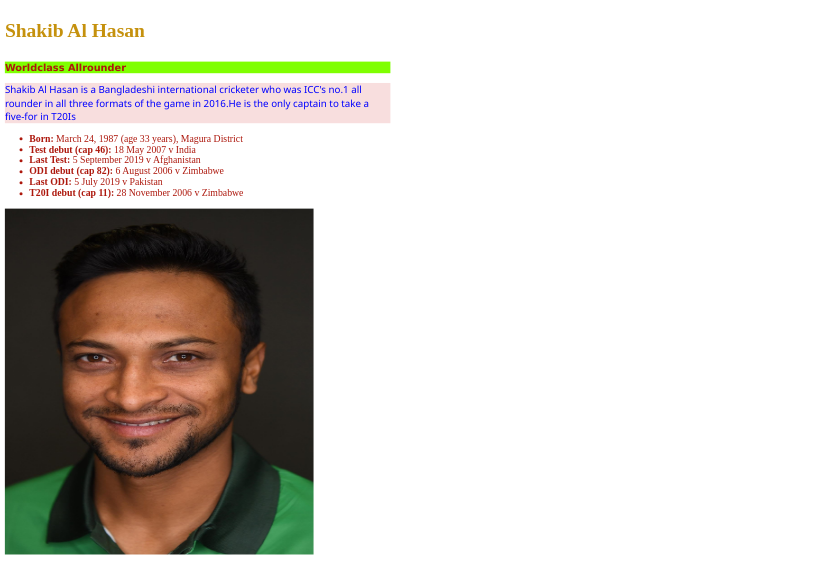
Repository: omarhasnain/Shakib
Page: index.html
An editor plug-in stored every save of this project. The page is shown before and after the next save, followed by the edit.
The browser window is 1280 px wide. The page is 1280 px wide, then 1373 px, then 1280 px, so the pictures cover 1373 px, including what lies to the right of the window. The pictures show the whole page, at 61% of full size.

Above is the page before, as saved 2021-01-04 21:30:22.

### index.html
<!DOCTYPE html>
<html lang="en">

<head>
    <title>Shakib Al Hasan</title>
    <style>
        h3 {
            color: #c5910d;
            font-size: xx-large;
        }

        p {
            color: #ad180d;
            background-color: chartreuse;
            width: 50%;
            font-weight: 900;
            font-size: medium;
            font-family: 'Lucida Sans Unicode';

        }

        img {
            width: 40%;
            height: 15cm;
        }
        #cricketer{
            color:blue;
            background-color: #f8dede;
            font-family: 'Segoe UI';
            font-weight:500;
        }
        .details{
            color:#ad180d;

        }
    </style>
</head>

<body>
    <h3> Shakib Al Hasan </h3>
<div>
    <p> Worldclass Allrounder</p>
    <p id="cricketer">Shakib Al Hasan is a Bangladeshi international cricketer who was ICC's no.1 all rounder in all three formats of
the game in 2016.He is the only captain to take a five-for in T20Is</p>
</div>

<div>
<p>
<ul class="details">
<li><strong>Born:</strong> March 24, 1987 (age 33 years), Magura District</li>
<li><strong>Test debut (cap 46):</strong> 18 May 2007 v India</li>
<li><strong>Last Test:</strong> 5 September 2019 v Afghanistan</li>
<li><strong>ODI debut (cap 82):</strong> 6 August 2006 v Zimbabwe</li>
<li><strong>Last ODI:</strong> 5 July 2019 v Pakistan</li>
<li><strong>T20I debut (cap 11):</strong> 28 November 2006 v Zimbabwe</li>
</ul>
</p>
</div>
    <img src="shakib.jpg" alt="">
</body>

</html>

### stylish.css
h3 {
    color: #c5910d;
    font-size: xx-large;
}

p {
    color: #ad180d;
    background-color: chartreuse;
    width: 50%;
    font-weight: 900;
    font-size: medium;
    font-family: 'Lucida Sans Unicode';

}

img {
    width: 40%;
    height: 15cm;
}
#cricketer{
    color:blue;
    background-color: #f8dede;
    font-family: 'Segoe UI';
    font-weight:500;
}
.details{
    color:#ad180d;

}

After the next save:
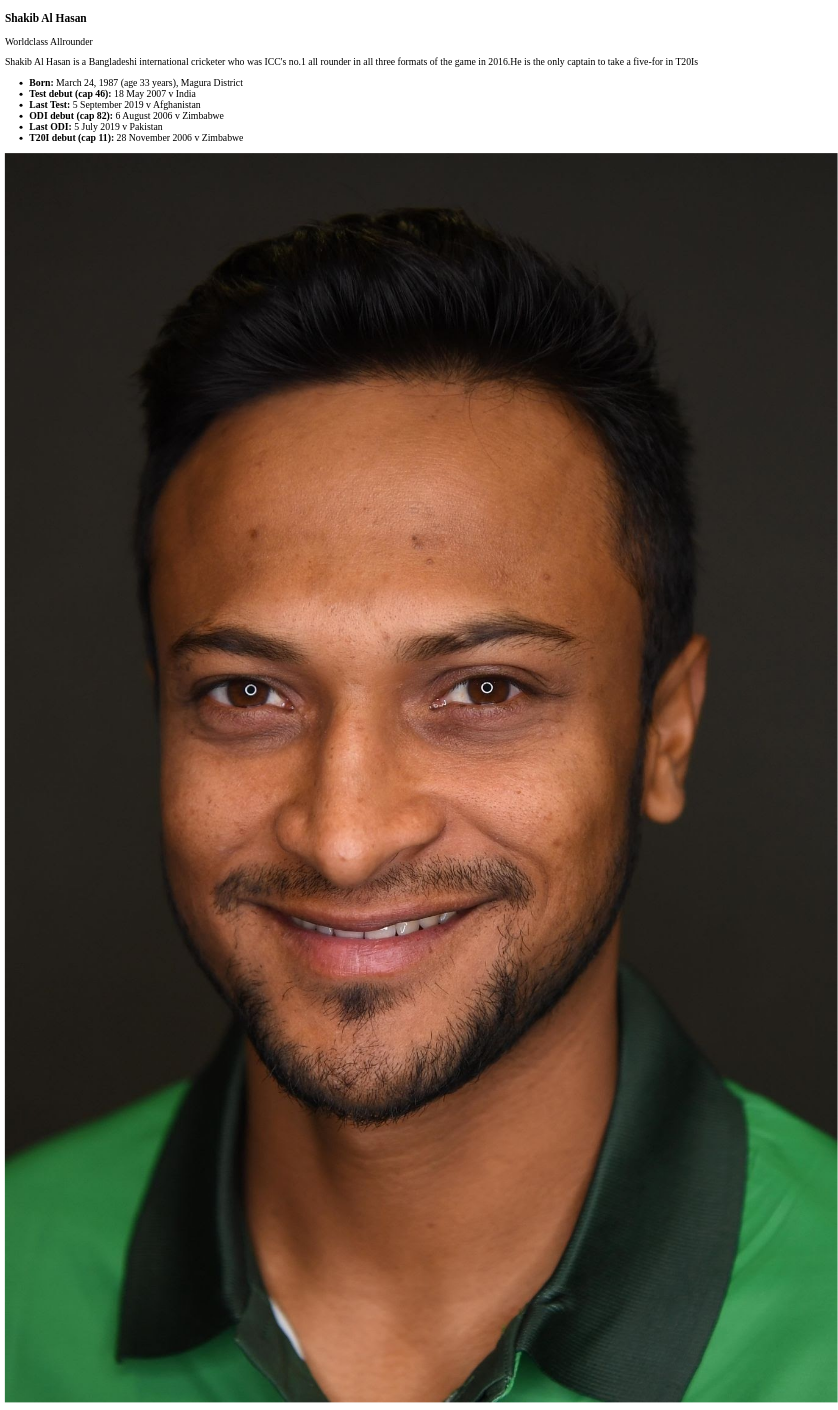
Saved 22 s later.
--- a/index.html
+++ b/index.html
@@ -3,37 +3,7 @@
 
 <head>
     <title>Shakib Al Hasan</title>
-    <style>
-        h3 {
-            color: #c5910d;
-            font-size: xx-large;
-        }
 
-        p {
-            color: #ad180d;
-            background-color: chartreuse;
-            width: 50%;
-            font-weight: 900;
-            font-size: medium;
-            font-family: 'Lucida Sans Unicode';
-
-        }
-
-        img {
-            width: 40%;
-            height: 15cm;
-        }
-        #cricketer{
-            color:blue;
-            background-color: #f8dede;
-            font-family: 'Segoe UI';
-            font-weight:500;
-        }
-        .details{
-            color:#ad180d;
-
-        }
-    </style>
 </head>
 
 <body>

After the save that followed:
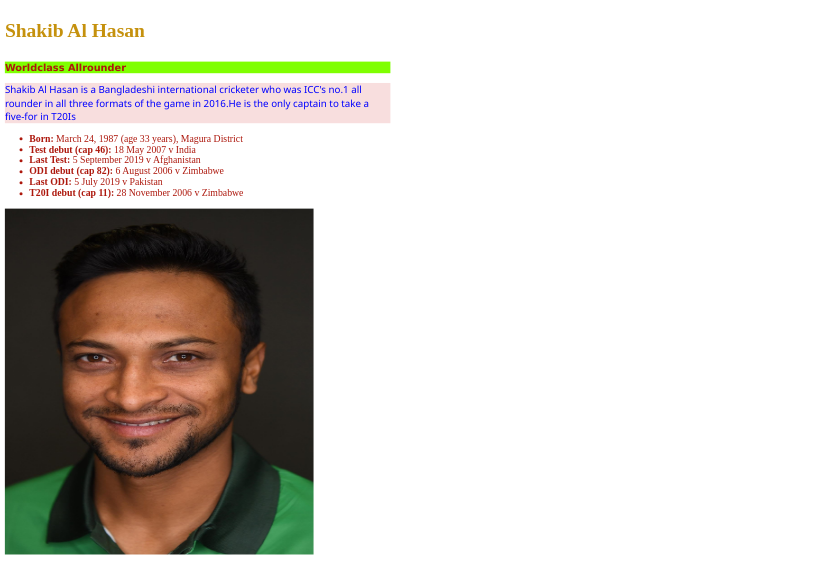
Saved 21 s later.
--- a/index.html
+++ b/index.html
@@ -3,7 +3,7 @@
 
 <head>
     <title>Shakib Al Hasan</title>
-
+   <link rel="stylesheet" href="stylish.css">
 </head>
 
 <body>
